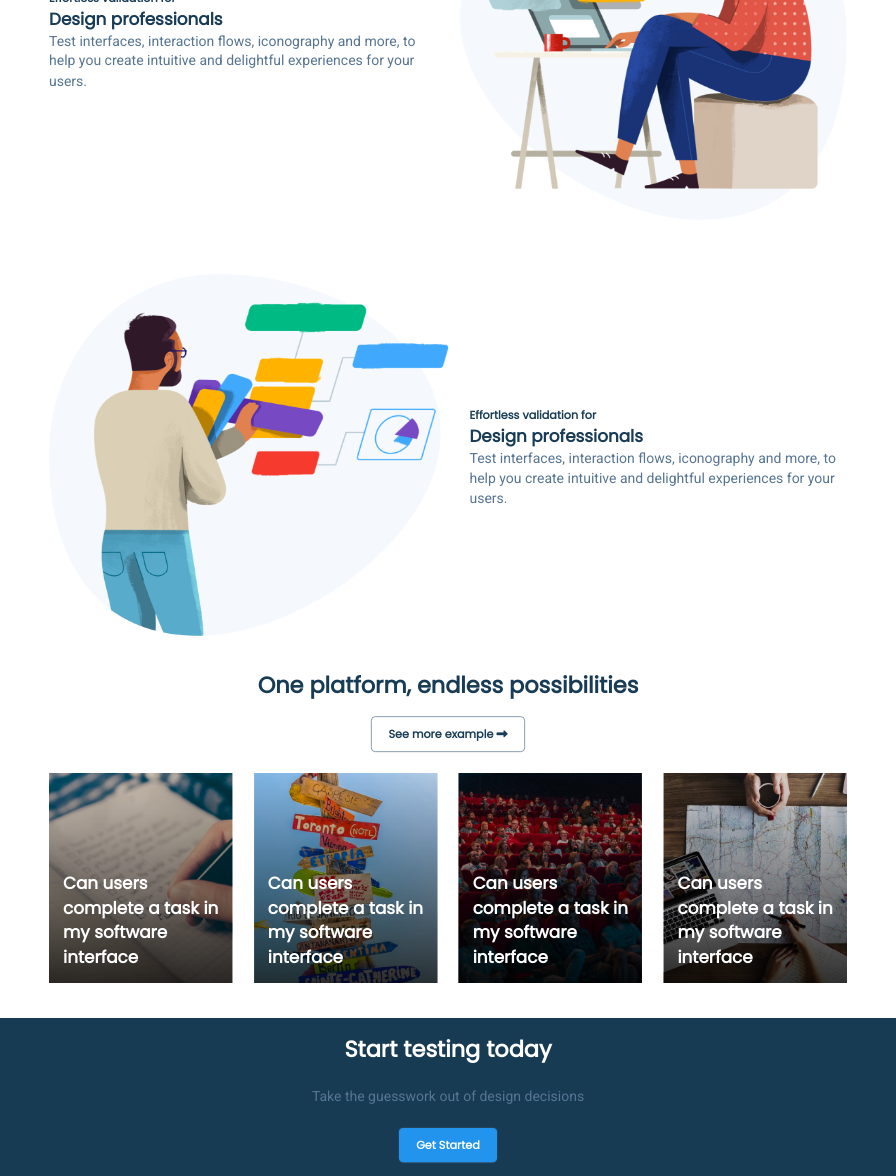
Repository: ramlakhan1/clone1
Page: index.html
An editor plug-in stored every save of this project. The page is shown before and after a run of saves, followed by the edit.
The browser window is 1280 px wide. The pictures show the part of the page from y = 2626 to 4546 px (the page is 4306 px tall before and 4546 px after), at 70% of full size.
Some web libraries are served in a nearby version.

Above is the page before, as saved 2022-11-29 21:55:02.

After the next 2 saves:
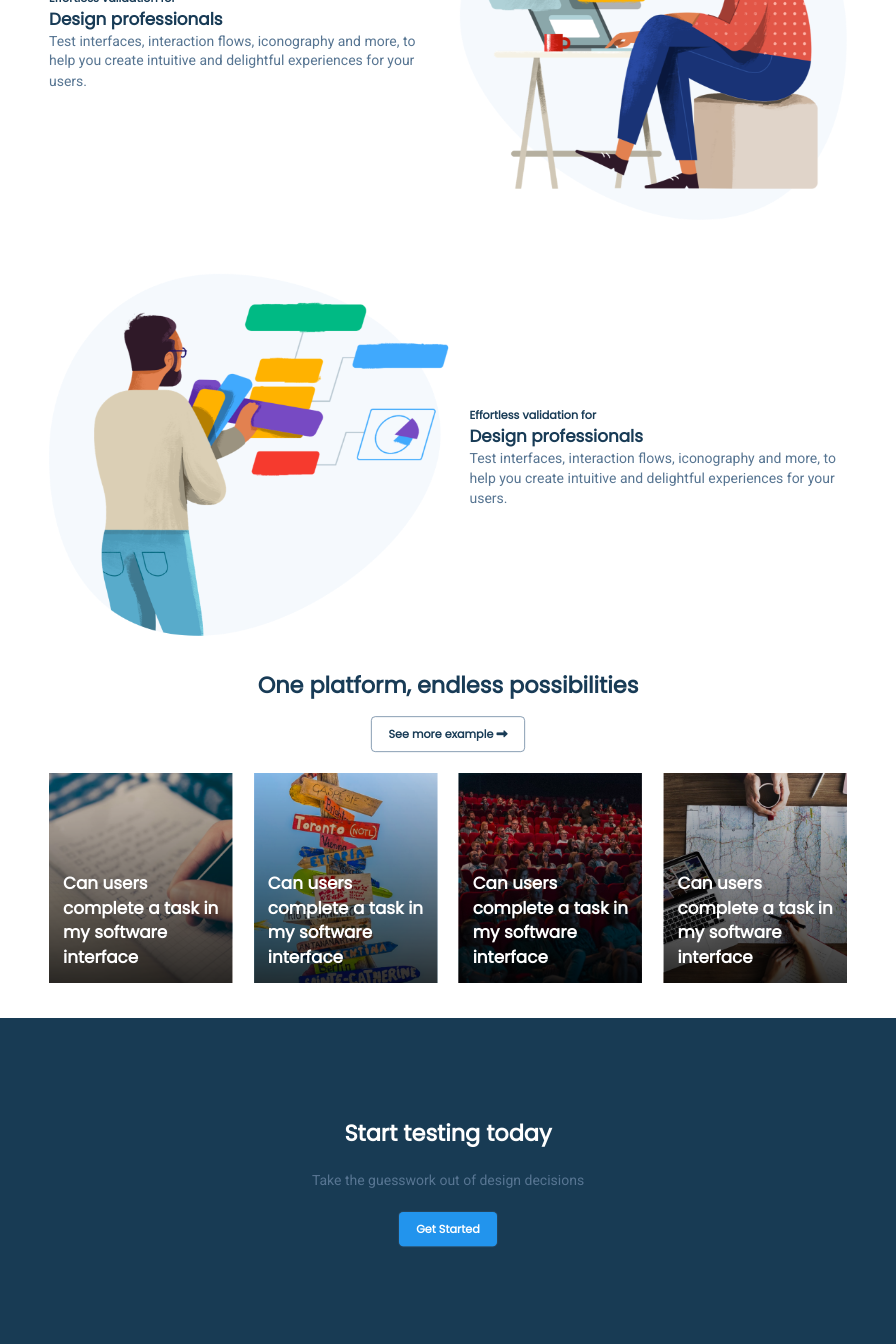
The 2 saves are shown as one change because they came seconds apart.
The last was saved 7 s later.
--- a/style.css
+++ b/style.css
@@ -222,6 +222,6 @@
 
 }
 .cta-section {
-    padding: ;
+    padding: 120px var(--padding-inline-section);
     background-color: #183b54;
 }
